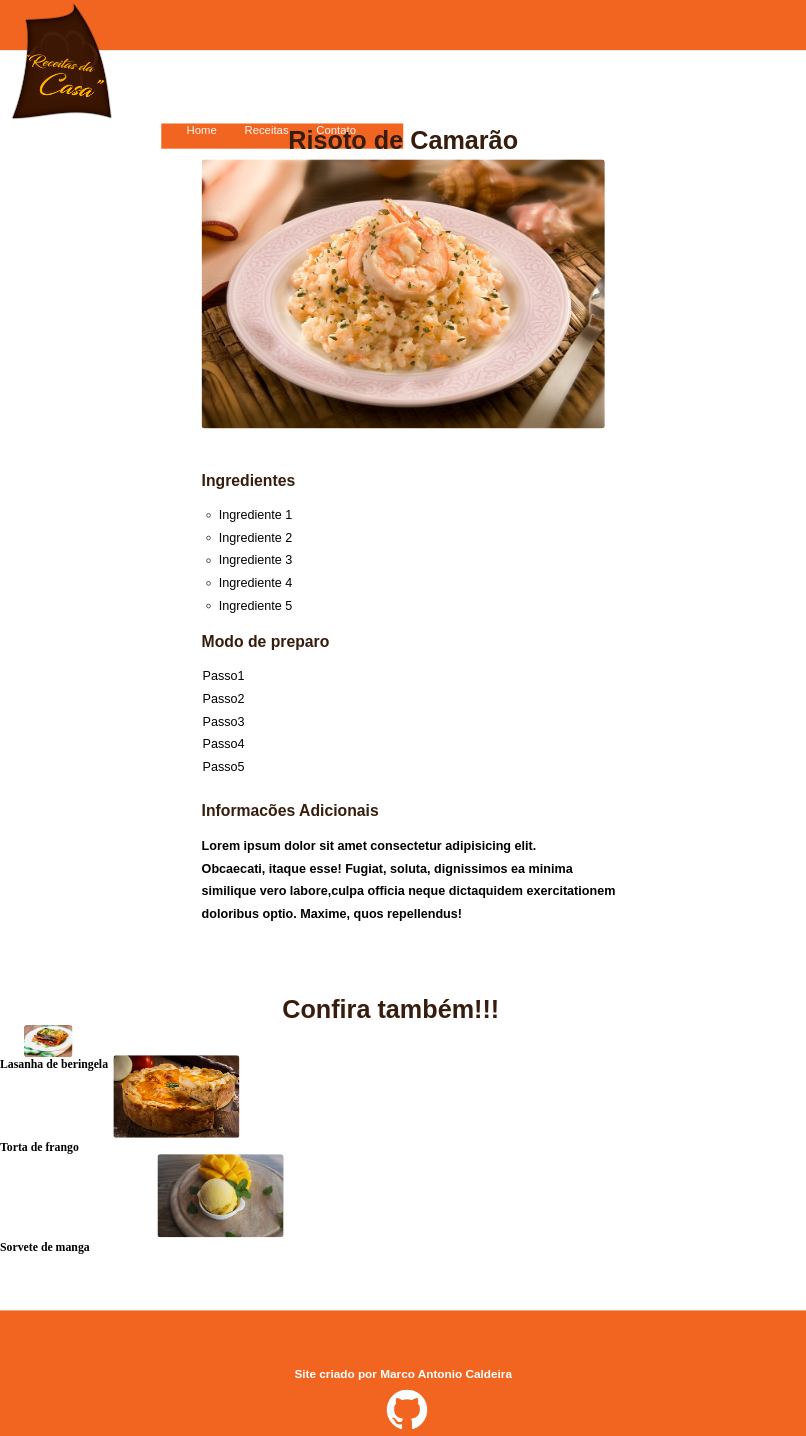
Repository: MarcoantonioCaldeira/Aprendizados-e-Conhecimentos
Page: Receitas da Casa/index.html
The author's editor kept a copy of each file at every save. The page is drawn from the files as they stood at one save, then again after the next save.
The browser window is 1280 px wide. The pictures show the whole page, at 63% of full size.

Above is the page before, as saved 2022-05-29 22:09:37.

After the next save:
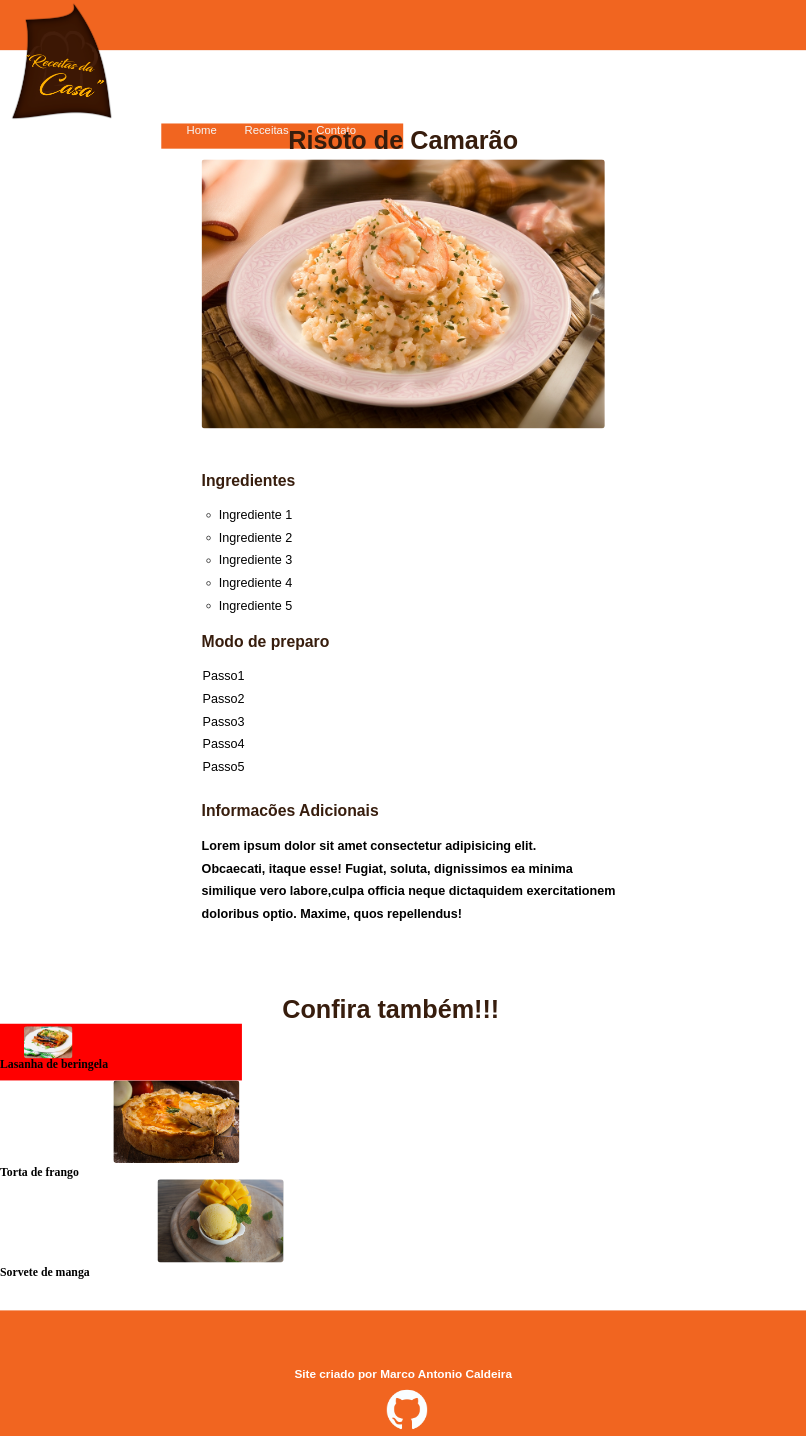
Saved 34 s later.
--- a/Receitas da Casa/css/estilo.css
+++ b/Receitas da Casa/css/estilo.css
@@ -67,8 +67,9 @@
 }
 
 #image_receita_1{
+  background-color:red;
   width: 30%;
-  height:50px;
+  height:30%;
 }
 
 #image_receita_2{
